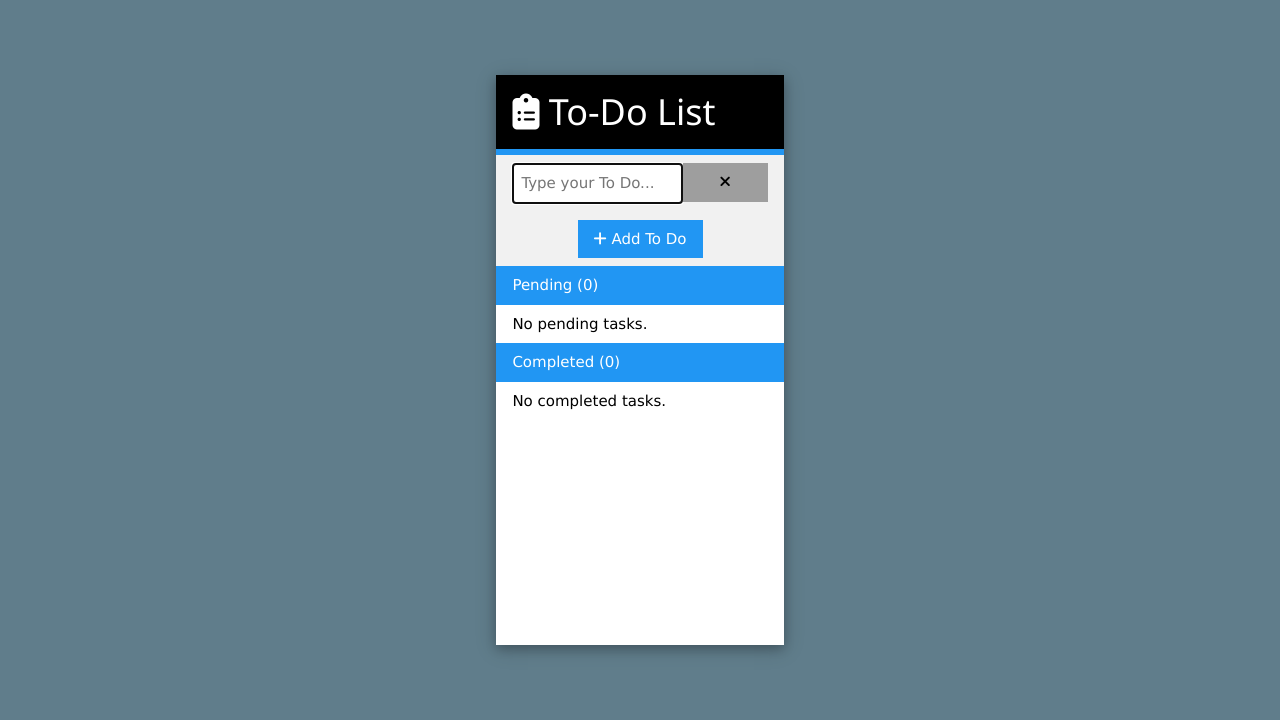
Repository: bclover/vue3-design-patterns-book
Page: /
An editor plug-in stored every save of this project. The page is shown before and after the next save, followed by the edit.
The browser window is 1280 px wide. The pictures show the whole page.
The project was rebuilt for these pictures with package versions that can differ from the ones it lists, and the page was loaded fresh each time. Also part of the build but not shown: vite.config.ts.

Above is the page before, as saved 2023-06-19 22:37:29.

### index.html
<!DOCTYPE html>
<html lang="en">
    <head>
        <meta charset="UTF-8" />
        <link rel="icon" type="image/svg+xml" href="/vite.svg" />
        <link rel="stylesheet" href="/css/w3.css" />
        <link rel="stylesheet" href="/css/fontawesome.min.css" />
        <link rel="stylesheet" href="/css/solid.min.css" />
        <link rel="stylesheet" href="/css/brands.min.css" />
        <meta name="viewport" content="width=device-width, initial-scale=1.0" />
        <title>To Do</title>
    </head>
    <body>
        <div id="app"></div>
        <script type="module" src="/src/main.ts"></script>
    </body>
</html>

### src/App.vue
<script lang="ts" setup>
import ToDos from './components/ToDos.vue';
</script>

<template>
  <div class="app w3-blue-gray">
    <ToDos></ToDos>
  </div>
</template>

<style scoped>
.app {
  display: flex;
  justify-content: center;
  width: 100vw;
  min-height: 100vh;
  padding: 5rem;
}
</style>

### src/components/ToDos.vue
<script lang="ts" setup>
import { computed, ref } from 'vue';

interface ToDo {
  id: number;
  text: string;
  checked: boolean;
}
const _todo_text = ref('');
const _todo_list = ref<ToDo[]>([]);
const _pending = computed(() => {
  return _todo_list.value.filter((todo: ToDo) => !todo.checked);
});
const _done = computed(() => {
  return _todo_list.value.filter((todo: ToDo) => todo.checked);
});
function clearToDo(): void {
  _todo_text.value = '';
}
function addToDo() {
  if (_todo_text.value && _todo_text.value !== '') {
    _todo_list.value.push({
      id: new Date().valueOf(),
      text: _todo_text.value,
      checked: false,
    });
    clearToDo();
  }
}
</script>

<template>
  <div class="todo-container w3-white w3-card-4">
    <!-- Header -->
    <div class="w3-container w3-black w3-margin-0 w3-bottombar w3-border-blue">
      <h1>
        <i class="fa-solid fa-clipboard-list"></i>
        To-Do List
      </h1>
    </div>

    <!-- Remove & Add Buttons -->
    <div class="w3-container flex-container w3-light-gray w3-padding">
      <input
        class="w3-input w3-twothird w3-border"
        type="text"
        autofocus
        v-model="_todo_text"
        @keyup.enter="addToDo()"
        placeholder="Type your To Do..."
      />
      <button class="w3-button w3-third w3-gray" @click="clearToDo()">
        <i class="fa-solid fa-times"></i>
      </button>
    </div>

    <div class="w3-container flex-container w3-light-gray w3-padding w3-center">
      <button class="w3-button w3-blue" @click="addToDo()">
        <i class="fa-solid fa-plus"></i>
        Add To Do
      </button>
    </div>

    <!-- Pending Todos Heading -->
    <div class="w3-padding w3-blue">Pending ({{ _pending.length }})</div>

    <!-- List of Pending Todos -->
    <div class="w3-padding" v-for="todo in _pending" :key="todo.id">
      <label>
        <input type="checkbox" v-model="todo.checked" />
        <span class="w3-margin-left">
          {{ todo.text }}
        </span>
      </label>
    </div>

    <!-- No Pending Tasks -->
    <div class="w3-padding" v-show="_pending.length == 0">
      No pending tasks.
    </div>

    <!-- Completed Todos Heading -->
    <div class="w3-padding w3-blue">Completed ({{ _done.length }})</div>

    <!-- List of Completed Todos -->
    <div class="w3-padding" v-for="todo in _done" :key="todo.id">
      <label>
        <input type="checkbox" v-model="todo.checked" />
        <span class="w3-margin-left">
          {{ todo.text }}
        </span>
      </label>
    </div>

    <!-- No Completed Todos -->
    <div class="w3-padding" v-show="_done.length == 0">No completed tasks.</div>
  </div>
</template>

Loaded but not shown: src/main.ts (common file); public/css/w3.css (library); public/css/fontawesome.min.css (library); public/css/solid.min.css (common file); public/css/brands.min.css (library)

After the next save:
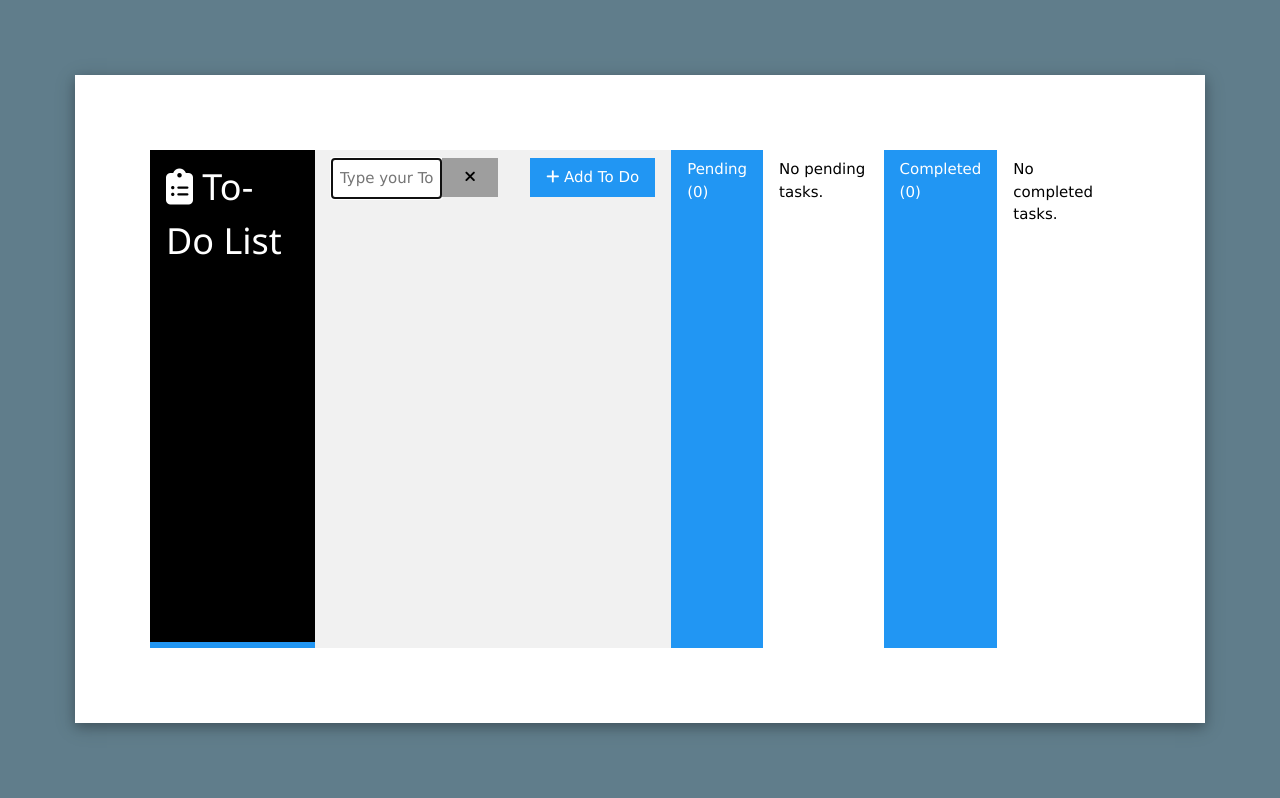
Saved 112 s later.
--- a/src/components/ToDos.vue
+++ b/src/components/ToDos.vue
@@ -96,3 +96,13 @@ function addToDo() {
     <div class="w3-padding" v-show="_done.length == 0">No completed tasks.</div>
   </div>
 </template>
+
+<style scoped>
+.todo-container {
+  display: flex;
+  justify-content: center;
+  width: 90vw;
+  min-height: 90vh;
+  padding: 5rem;
+}
+</style>
